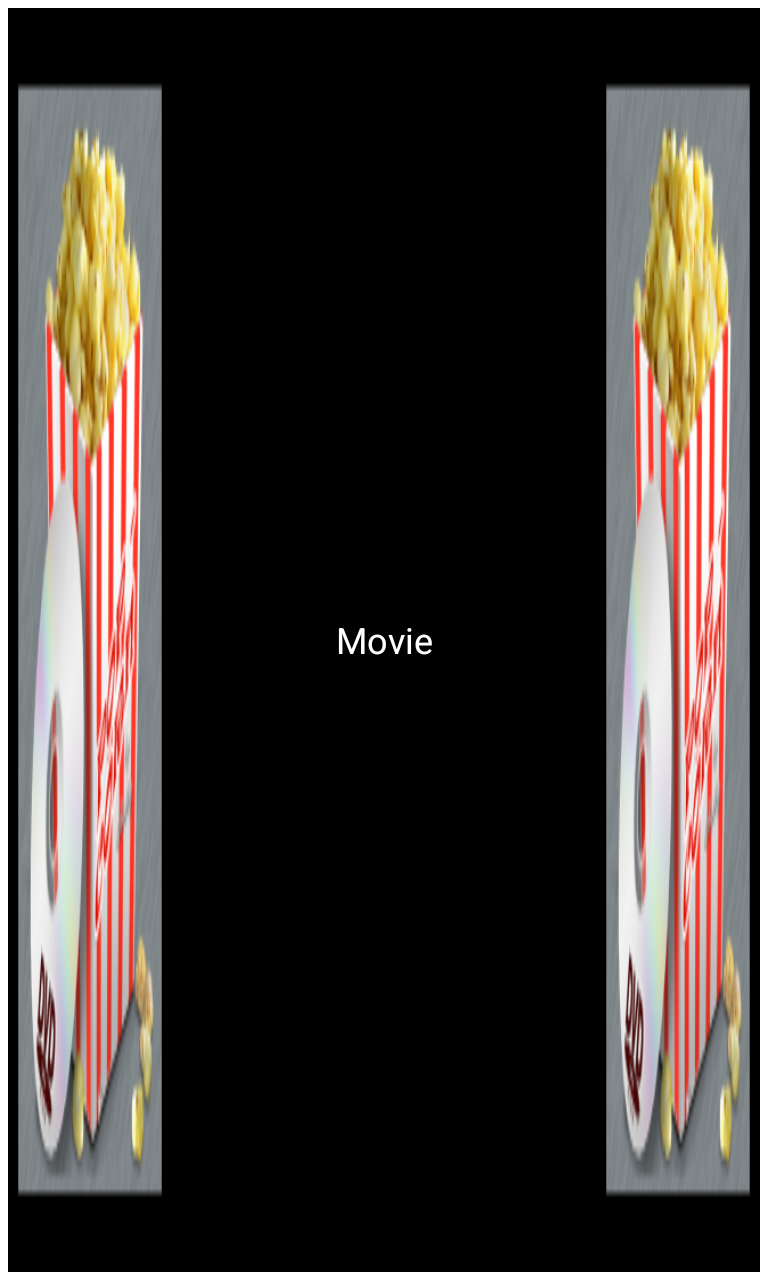
Repository: efreestone/MDF3_Freestone
Layout: MDF3Project3/res/layout/widget_layout.xml
These files come from the project's save history. The layout is drawn as it stood at one moment and after the next save; the edit follows.
It is drawn on a 768 x 1280 px phone screen (xhdpi) without system bars, with theme AppTheme; the app's code is not run.

Above is the layout before, as saved 2014-07-26 03:35:54.

After the next save:
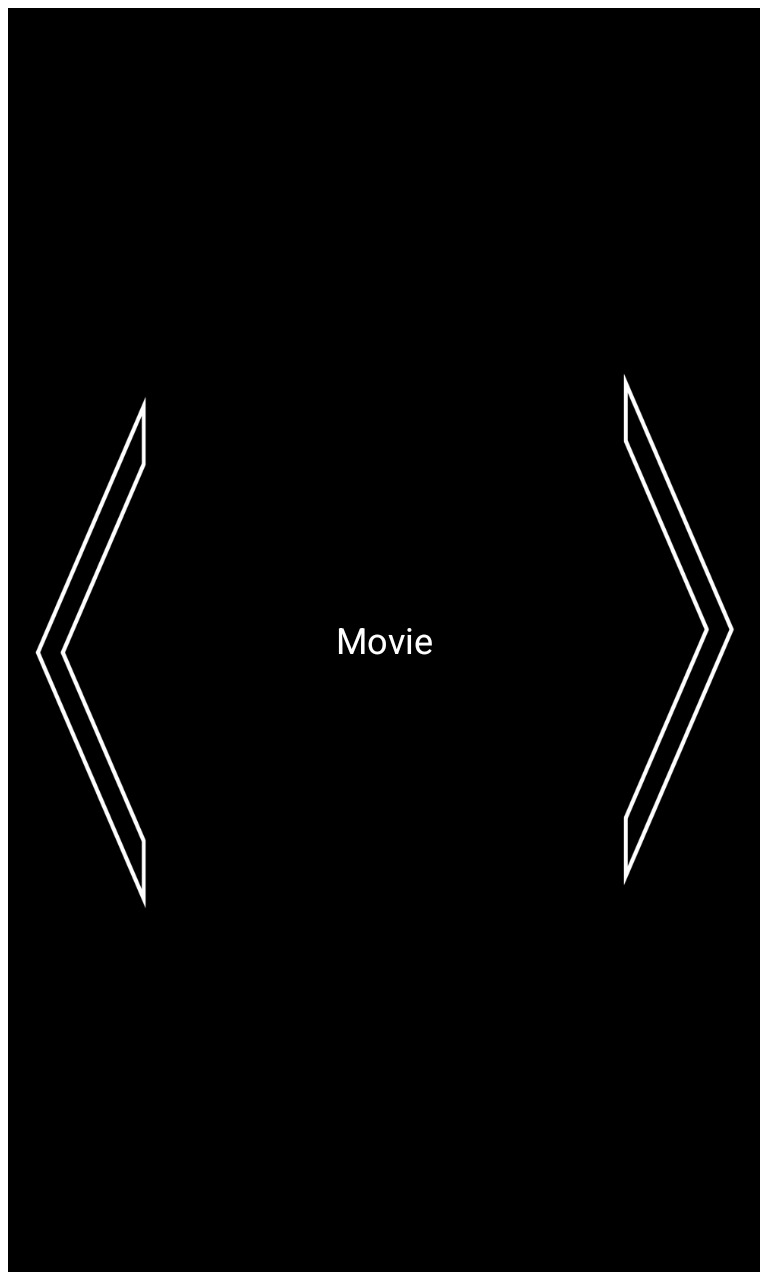
Saved 14 h 36 min later.
--- a/MDF3Project3/res/layout/widget_layout.xml
+++ b/MDF3Project3/res/layout/widget_layout.xml
@@ -11,11 +11,11 @@
         android:orientation="horizontal"
         android:background="#000000">
         <Button
-            android:id="@+id/buttonMinus"
+            android:id="@+id/buttonBack"
             android:layout_weight="1"
             android:layout_width="0dp"
             android:layout_height="match_parent"
-            android:background="@drawable/ic_launcher"/>
+            android:background="@drawable/back_button_9patch"/>
         <TextView
             android:id="@+id/movieTitle"
             android:layout_width="40dp"
@@ -28,11 +28,11 @@
             android:layout_marginRight="4dp"
             android:text="Movie"/>
         <Button
-            android:id="@+id/buttonPlus"
+            android:id="@+id/buttonForward"
             android:layout_weight="1"
             android:layout_width="0dp"
             android:layout_height="match_parent"
-            android:background="@drawable/ic_launcher"/>
+            android:background="@drawable/forward_button_9patch"/>
     </LinearLayout>
 
 </FrameLayout>
